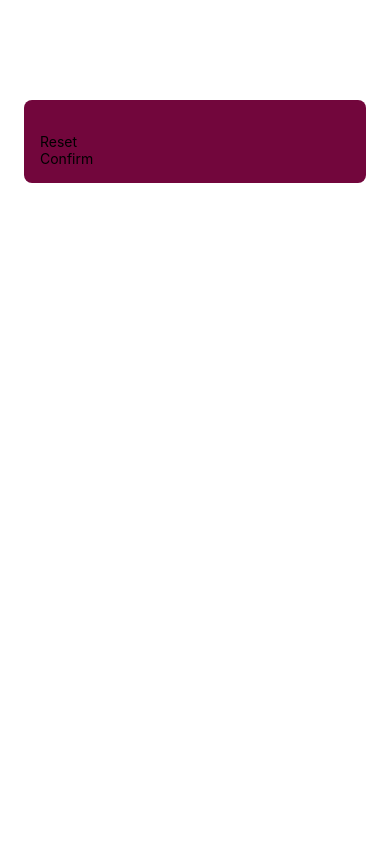
Repository: SyLe-Van/Number-Guessing-Game
Screen: /
The author's editor kept a copy of each file at every save. The screen is drawn from the files as they stood at one save, then again after the next save.
The app was drawn by React Native's web renderer in a window 390 px wide. The project was rebuilt for these pictures with package versions that can differ from the ones it lists, and the page was loaded fresh each time.

Above is the screen before, as saved 2024-02-01 23:01:47.

After the next save:
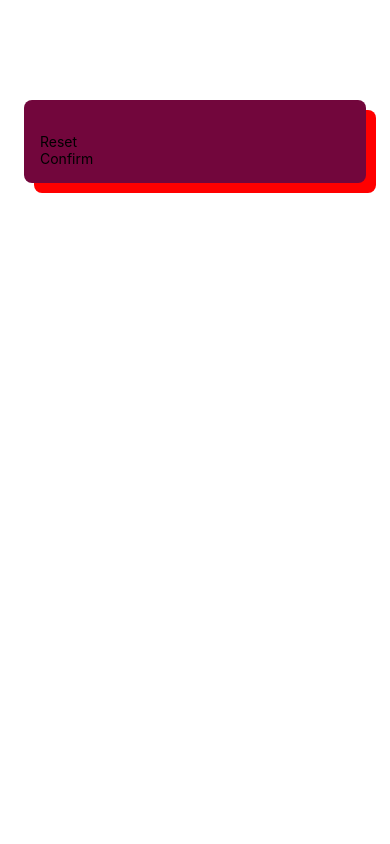
Saved 49 s later.
--- a/screens/StartGameScreen.js
+++ b/screens/StartGameScreen.js
@@ -17,6 +17,7 @@ const styles = StyleSheet.create({
     backgroundColor: "#72063c",
     borderRadius: 8,
     shadowColor: "red",
+    shadowOffset: { width: 10, height: 10 },
   },
 });
 export default StartGameScreen;
